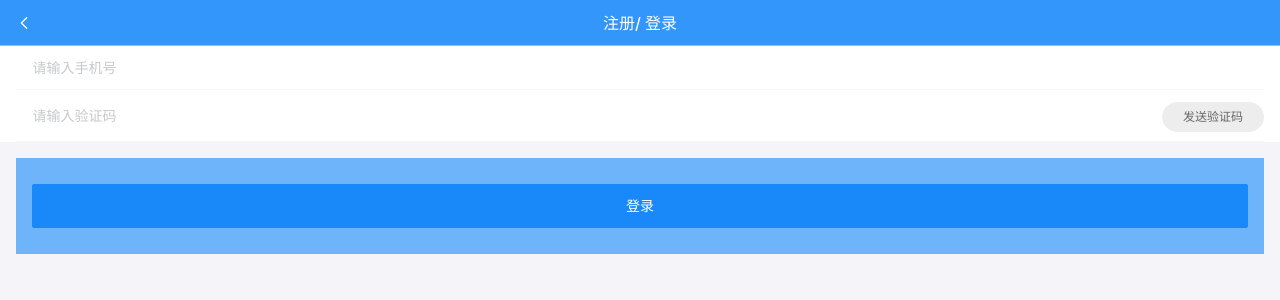
Repository: xn-lb/toutiao-mb
Page: /#/login
The author's editor kept a copy of each file at every save. The page is drawn from the files as they stood at one save, then again after the next save.
The browser window is 1280 px wide. The pictures show the whole page.
Some web fonts or font styles are not loaded; a fallback is used. The project was rebuilt for these pictures with package versions that can differ from the ones it lists, and the page was loaded fresh each time. Also part of the build but not shown: vue.config.js.

Above is the page before, as saved 2023-03-23 21:19:26.

After the next save:
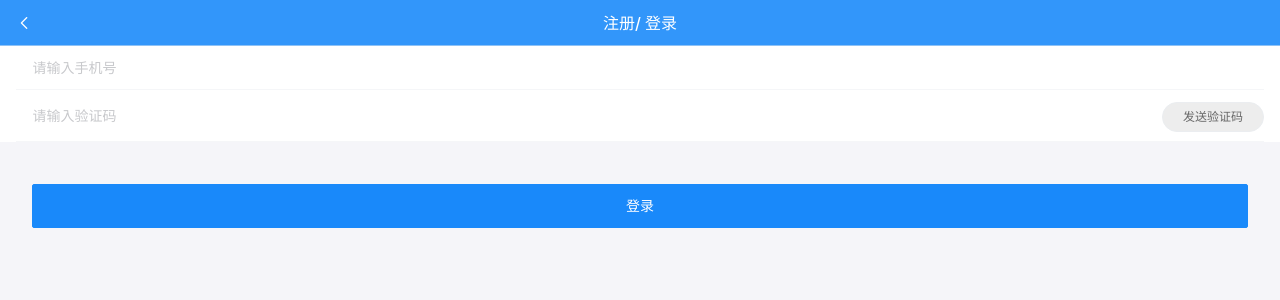
Saved 16 s later.
--- a/src/views/login/index.vue
+++ b/src/views/login/index.vue
@@ -95,10 +95,5 @@ export default {
   height: 30px;
   // line-height: 46;
 }
-.login-btn-wrap{
-  background-color: #6db4fb;
-  border: none;
-  font-style: 42px;
 
-}
 </style>
